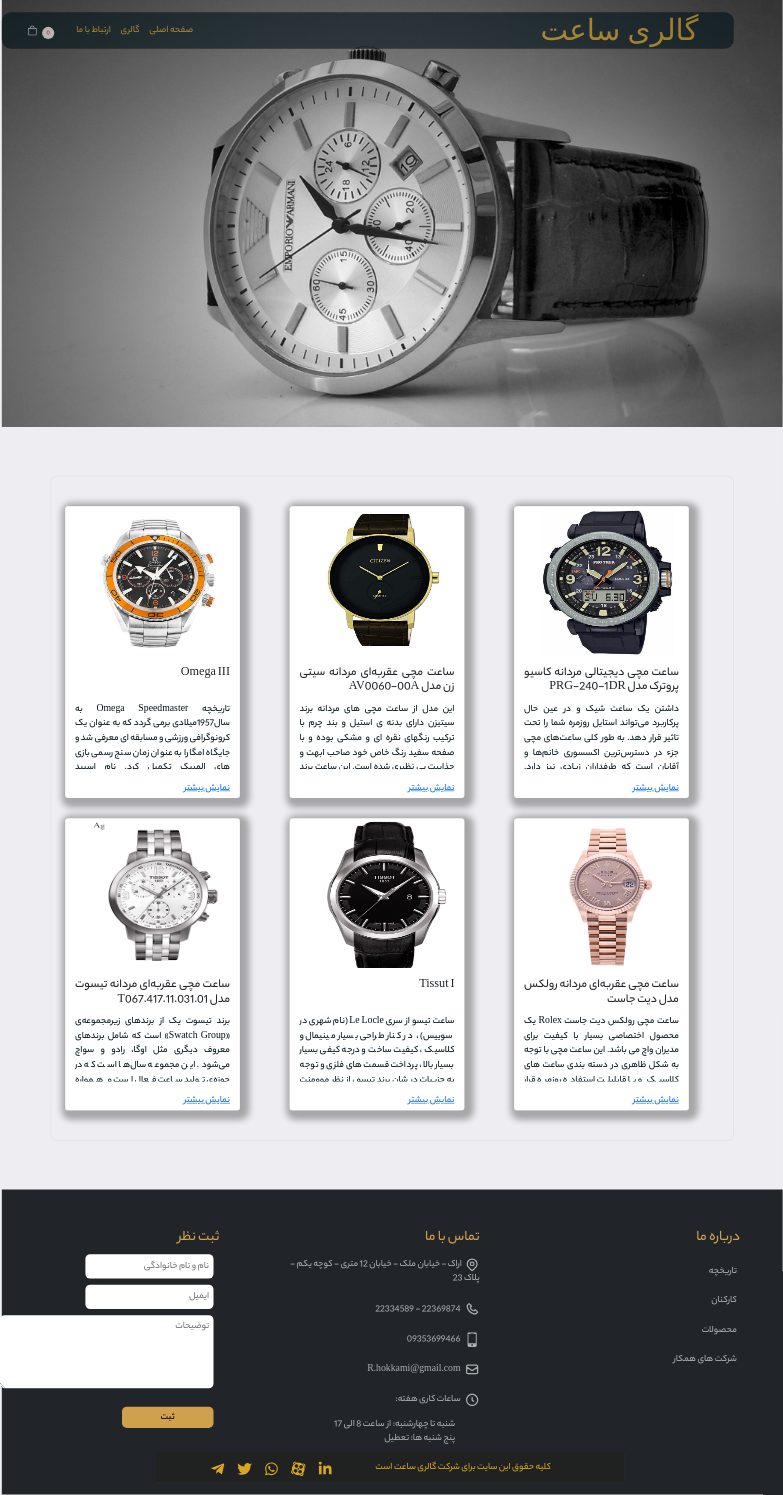
Repository: hokkami/store-prj
Page: /
An editor plug-in stored every save of this project. The page is shown before and after the next save, followed by the edit.
The browser window is 1280 px wide. The page is 1283 px wide, so the pictures cover 1283 px, including what lies to the right of the window. The pictures show the whole page, at 61% of full size.
The project was rebuilt for these pictures with package versions that can differ from the ones it lists, and the page was loaded fresh each time. Also part of the build but not shown: src/Pages/BagPage/BagPage.jsx, src/components/Location/Location.js, src/Pages/ContactUS/ContactUS.css, src/Pages/ContactUS/ContactUS.js, src/Pages/HistoryCompany/HistoryCompany.css, src/Pages/HistoryCompany/HistoryCompany.js, src/components/Card/ProductsCard.js, src/Pages/Personnel/Personnel.css and 10 more.

Above is the page before, as saved 2022-09-27 01:50:18.

After the next save:
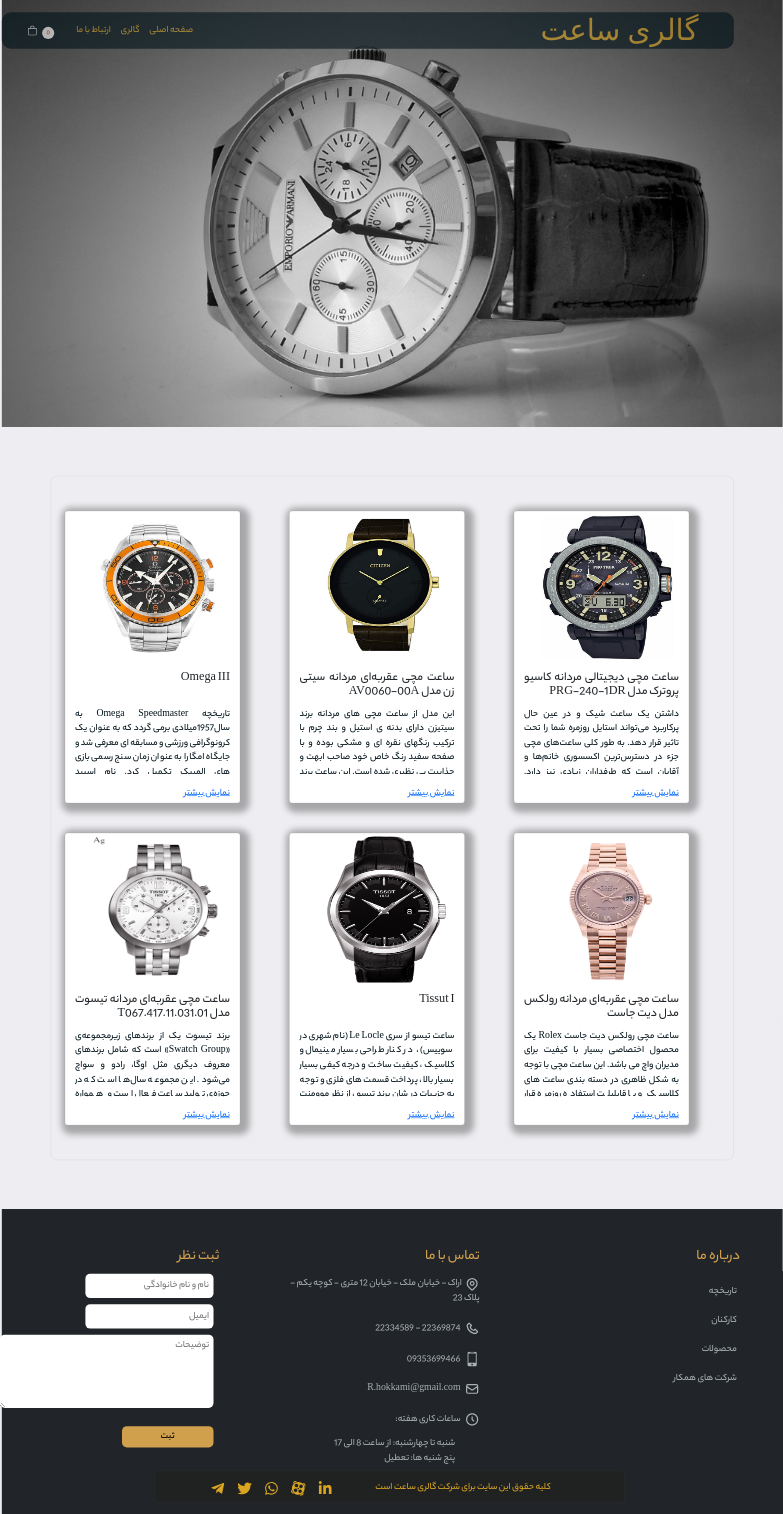
Saved 16 s later.
--- a/src/components/ProductSection/ProductSection.js
+++ b/src/components/ProductSection/ProductSection.js
@@ -11,7 +11,7 @@
   return (
     <div className='test-card'>
       {contextData.allProducts.filter(product => (product.isShowHome === true)).map(filterName => (
-        <Card style={{ width: '18rem' , height:'30rem', margin:'1rem 2.5rem' ,paddingTop:'5px' }}>
+        <Card style={{ width: '18rem' , height:'30rem', margin:'1.5rem 2.5rem' ,paddingTop:'5px' }}>
           <img src={filterName.img} alt="Rolex" style={{marginLeft:'20px' , width:'100%' , height:'15rem'}} className='card-img-top w-75' />
           <Card.Body>
             <Card.Title style={{height:'40px'}}>{filterName.title}</Card.Title>

After the save that followed:
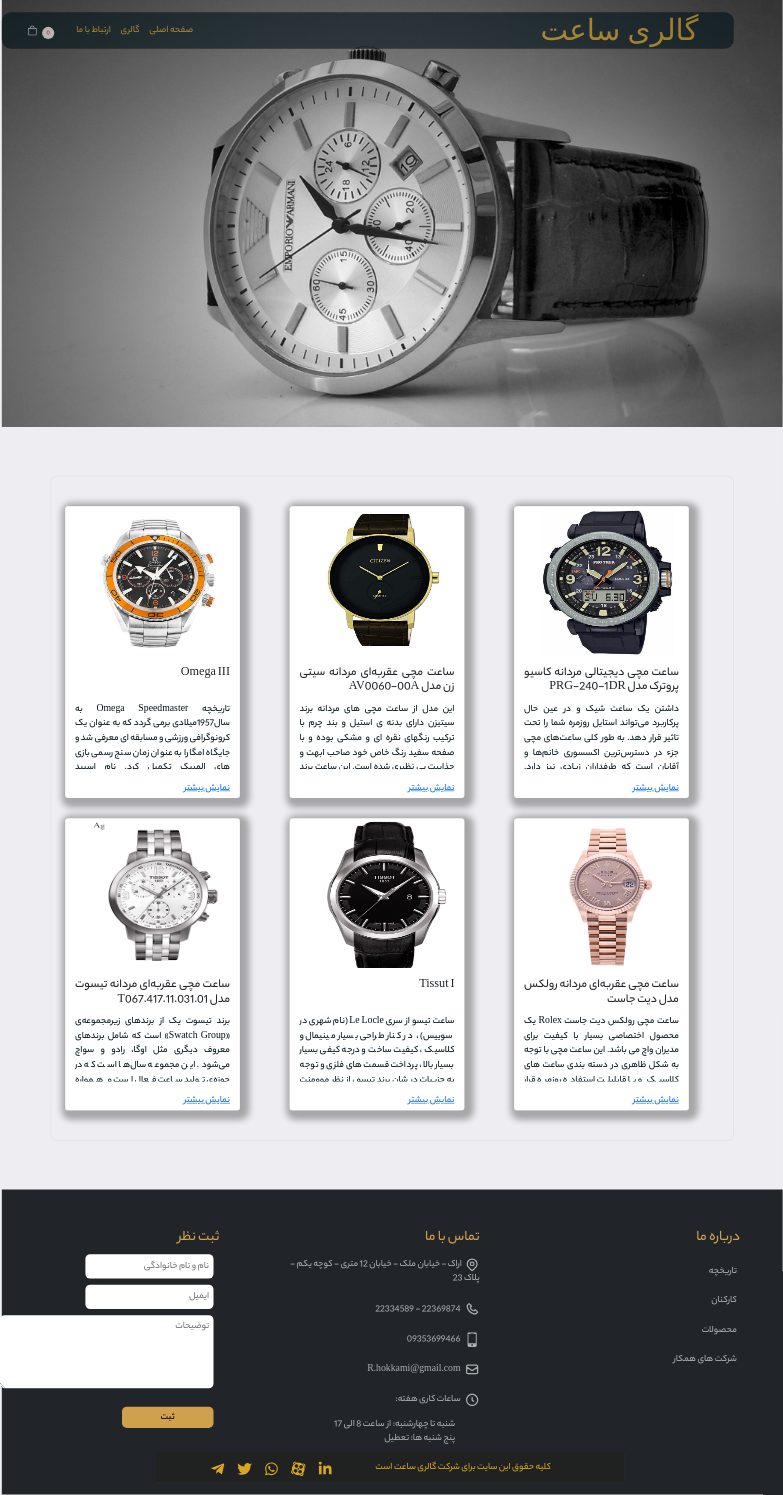
Saved 13 s later.
--- a/src/components/ProductSection/ProductSection.js
+++ b/src/components/ProductSection/ProductSection.js
@@ -11,7 +11,7 @@
   return (
     <div className='test-card'>
       {contextData.allProducts.filter(product => (product.isShowHome === true)).map(filterName => (
-        <Card style={{ width: '18rem' , height:'30rem', margin:'1.5rem 2.5rem' ,paddingTop:'5px' }}>
+        <Card style={{ width: '18rem' , height:'30rem', margin:'1rem 2.5rem' ,paddingTop:'5px' }}>
           <img src={filterName.img} alt="Rolex" style={{marginLeft:'20px' , width:'100%' , height:'15rem'}} className='card-img-top w-75' />
           <Card.Body>
             <Card.Title style={{height:'40px'}}>{filterName.title}</Card.Title>
